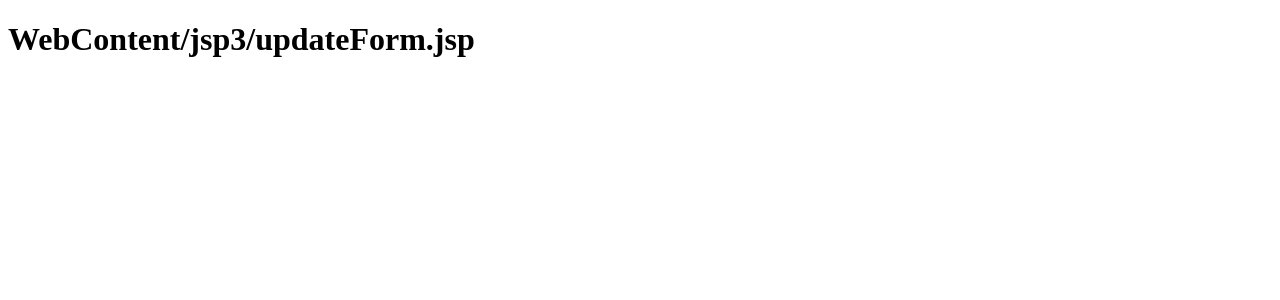
Repository: ReadStar/workspace_jsp
Page: http://localhost/StudyJSP/jsp3/updateForm.jsp
An editor plug-in stored every save of this project. The page is shown before and after the next save, followed by the edit.
The browser window is 1280 px wide. The pictures show the whole page.
The page is served by Tomcat 9.

Above is the page before, as saved 2020-08-20 04:37:47.

After the next save:
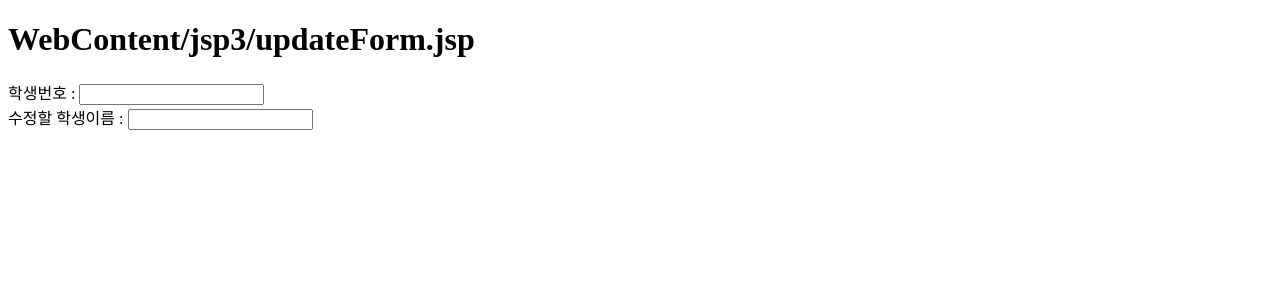
Saved 32 s later.
--- a/StudyJSP/WebContent/jsp3/updateForm.jsp
+++ b/StudyJSP/WebContent/jsp3/updateForm.jsp
@@ -9,7 +9,8 @@
 <body>
 <h1>WebContent/jsp3/updateForm.jsp</h1>
 <form action="updatePro.jsp" method="post">
-
+학생번호 : <input type="text" name="num"><br>
+수정할 학생이름 : <input type="text" name="name"><br>
 
 </form>
 </body>
